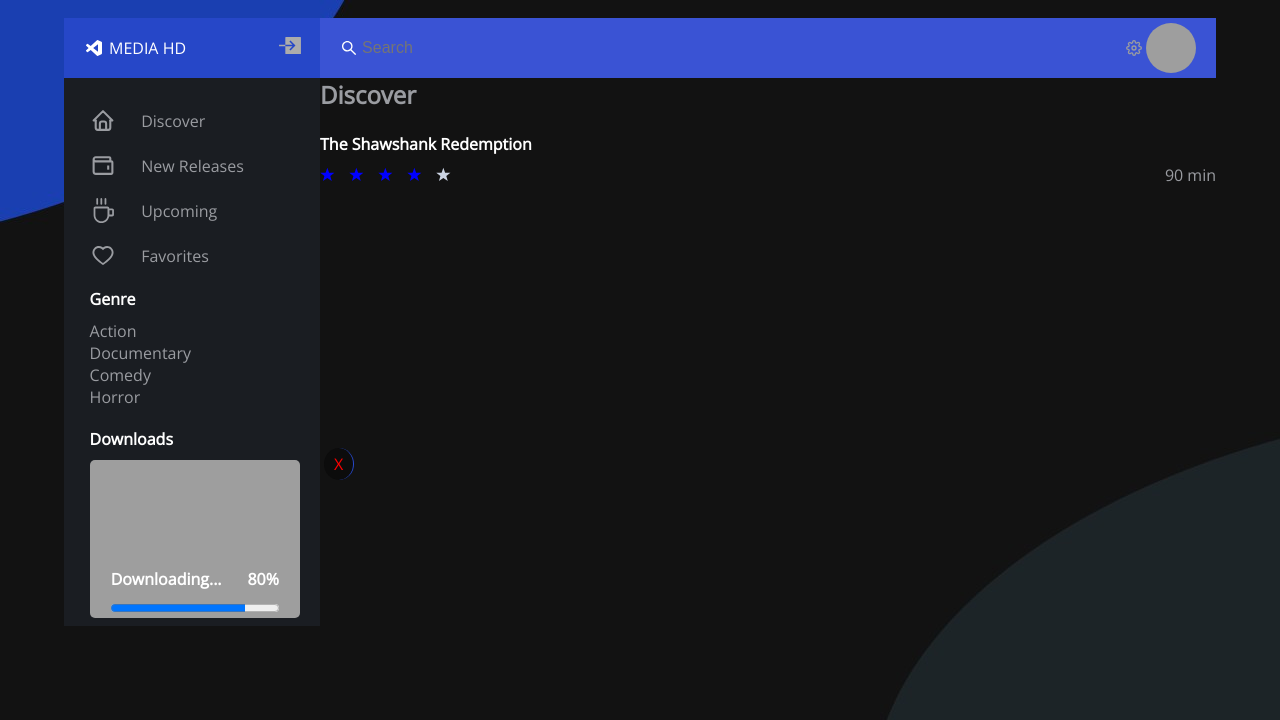
Repository: DevLaukey/movie-task
Page: /
The author's editor kept a copy of each file at every save. The page is drawn from the files as they stood at one save, then again after the next save.
The browser window is 1280 px wide. The pictures show the whole page.
Pictures or frames that could not be fetched are drawn as grey boxes. The page's requests for data from a server got no answer. The project was rebuilt for these pictures with package versions that can differ from the ones it lists, and the page was loaded fresh each time. No one was signed in, and anything a server would have sent is missing.

Above is the page before, as saved 2022-06-16 23:25:16.

### src/App.js
import "./App.css"
import Body from "./components/Body/Body";
import Sidebar from "./components/Sidebar/Sidebar";
import axios from "axios";
import { useEffect, useState } from "react";

function App() {
  const [movies, setMovies] = useState([]);
  const url = "https://api.themoviedb.org/3/";
  const api = axios.create({ baseURL: url });

  const movieDetails = api.get(`/discover/movie?api_key=${process.env.REACT_APP_MOVIEDB_API}`, {
    params: process.env.MOVIEDB_API,
  });

  useEffect(() => {
    movieDetails.then((res) => {
      console.log(res.data.results);
    });
  }, [movies])
  return (
    <main className="App">
      <div className="App__container">
        <Sidebar />
        <Body />
      </div>
    </main>
  );
}

export default App;

### src/index.css
*{
    padding: 0;
    margin: 0;
    box-sizing: border-box;

}
body{    background-color: #000;
}

### src/features/counter/counterSlice.js
import { createAsyncThunk, createSlice } from '@reduxjs/toolkit';
import { fetchCount } from './counterAPI';

const initialState = {
  value: 0,
  movies: 'idle',
};

// The function below is called a thunk and allows us to perform async logic. It
// can be dispatched like a regular action: `dispatch(incrementAsync(10))`. This
// will call the thunk with the `dispatch` function as the first argument. Async
// code can then be executed and other actions can be dispatched. Thunks are
// typically used to make async requests.
export const incrementAsync = createAsyncThunk(
  'counter/fetchCount',
  async (amount) => {
    const response = await fetchCount(amount);
    // The value we return becomes the `fulfilled` action payload
    return response.data;
  }
);

export const counterSlice = createSlice({
  name: 'counter',
  initialState,
  // The `reducers` field lets us define reducers and generate associated actions
  reducers: {
    increment: (state) => {
      // Redux Toolkit allows us to write "mutating" logic in reducers. It
      // doesn't actually mutate the state because it uses the Immer library,
      // which detects changes to a "draft state" and produces a brand new
      // immutable state based off those changes
      state.value += 1;
    },
    decrement: (state) => {
      state.value -= 1;
    },
    // Use the PayloadAction type to declare the contents of `action.payload`
    incrementByAmount: (state, action) => {
      state.value += action.payload;
    },
  },
  // The `extraReducers` field lets the slice handle actions defined elsewhere,
  // including actions generated by createAsyncThunk or in other slices.
  extraReducers: (builder) => {
    builder
      .addCase(incrementAsync.pending, (state) => {
        state.status = 'loading';
      })
      .addCase(incrementAsync.fulfilled, (state, action) => {
        state.status = 'idle';
        state.value += action.payload;
      });
  },
});

export const { increment, decrement, incrementByAmount } = counterSlice.actions;

// The function below is called a selector and allows us to select a value from
// the state. Selectors can also be defined inline where they're used instead of
// in the slice file. For example: `useSelector((state: RootState) => state.counter.value)`
export const selectCount = (state) => state.counter.value;

// We can also write thunks by hand, which may contain both sync and async logic.
// Here's an example of conditionally dispatching actions based on current state.
export const incrementIfOdd = (amount) => (dispatch, getState) => {
  const currentValue = selectCount(getState());
  if (currentValue % 2 === 1) {
    dispatch(incrementByAmount(amount));
  }
};

export default counterSlice.reducer;

### src/App.css
@import url('https://fonts.googleapis.com/css2?family=Open+Sans&display=swap');
.App{
    background-image: url(../public/back.jpg);
    width: 100vw;
    height: 100vh;
    background-size: cover;
    background-repeat: no-repeat;
    font-family: 'Open Sans', sans-serif;
    color: rgba(154,156,161,255);
}
.App__container{
    position: absolute;
    display: flex;
    justify-content: center;
    width: 100%;
}

### src/components/Body/Body.js
import React from "react";
import "./Body.css";
import Movies from "./Movies";
import Nav from "./Nav/Nav";
function Body() {
  return (
    <div className="body">
      <Nav />
      <Movies />
    </div>
  );
}

export default Body;

### src/components/Sidebar/Sidebar.js
import React from "react";
import "./Sidebar.css";
import { IoEnterSharp } from "react-icons/io5";
import { SiVisualstudiocode } from "react-icons/si";

import Links from "./Links";

function Sidebar() {
  return (
    <div className="sidebar">
      <div className="sidebar__top">
        <div className="sidebar__left">
          <SiVisualstudiocode className="sidebar__logo" />
          <p className="sidebar__text">MEDIA HD</p>
        </div>
        <div className="sidebar__right">
          <IoEnterSharp
            style={{ color: "#acacac", height: "25", width: "30" }}
          />
        </div>
      </div>
      <div className="sidebar__bottom">
        <Links />
        <section className="sidebar__genre">
          <p className="sidebar__genre-bold-text">Genre</p>
          <p className="sidebar__genre-text">Action</p>
          <p className="sidebar__genre-text">Documentary</p>
          <p className="sidebar__genre-text">Comedy</p>
          <p className="sidebar__genre-text">Horror</p>
        </section>
        <section className="sidebar__downloads">
          <p className="sidebar__genre-bold-text">Downloads</p>
          <img
            className="sidebar__download-img"
            src="https://image.tmdb.org/t/p/original/zGLHX92Gk96O1DJvLil7ObJTbaL.jpg"
            alt="download"
          />
          <div className="sidebar__downloads-circle">
            <p className="sidebar__downloads-cancel">X</p>
          </div>
          <div className="sidebar__downloads-details">
            <div className="sidebar__downloads-text">
              <p className="sidebar__genre-bold-text">Downloading...</p>
              <p className="sidebar__genre-bold-text"> 80%</p>
            </div>

            <progress
              className="sidebar__downloads-progress"
              max="100"
              value="80"
            ></progress>
          </div>
        </section>
      </div>
    </div>
  );
}

export default Sidebar;

### src/components/Body/Body.css
.body{
    display: flex;
    flex-direction: column;
    top: -20px;
    width: 70%;
}

### src/components/Body/Movies.js
import React from 'react'
import Movie from './Movie'
import "./Movies.css"
function Movies() {
  return (
    <div className="movies">
      <h2 className="movies__title">
        Discover
      </h2>
          <Movie />
    </div>
  )
}

export default Movies

### src/components/Body/Nav/Nav.js
import React from 'react'
import "./Nav.css"
import { AiOutlineSearch} from "react-icons/ai";
import { FiSettings } from "react-icons/fi";

function Nav() {
  return (
    <div className="nav">
      <div className="nav__search">
        <AiOutlineSearch style={{ color: "white", fontSize: "20" }} />
        <input
          className="nav__search__input"
          type="text"
          placeholder="Search"
        />
      </div>
      <div className="nav__icons">
        <FiSettings />
        <img
          src={`https://dt2sdf0db8zob.cloudfront.net/wp-content/uploads/2019/12/9-Best-Online-Avatars-and-How-to-Make-Your-Own-for-Free-image1-5.png`}
          alt=""
          className="nav__avatar"
        />
      </div>
    </div>
  );
}

export default Nav

### src/components/Sidebar/Sidebar.css
.sidebar {
  display: flex;
  flex-direction: column;
  margin-top: 18px;
  width: 20%;
  align-items: center;
  background-color: rgba(26, 29, 34, 255);
}
.sidebar__top {
  display: flex;
  width: 100%;
  justify-content: space-between;
  align-items: center;
  padding: 15px;
  background-color: #2647c8;
}
.sidebar__left {
  color: #fff;
  display: flex;
  align-items: center;
}
.sidebar__logo {
  width: 30px;
}
.sidebar__bottom {
  width: 100%;
}

.sidebar__group {
  width: 100%;
  margin-top: 20px;
  display: flex;

  flex-direction: column;
}
.sidebar__option {
  display: flex;
  align-items: center;
  padding: 10px 20px 10px 0;
}
.sidebar__option > * {
  margin-left: 10%;
}
.sidebar__option:hover {
  background-color: #0c0c0c;
  color: rgba(25, 64, 181, 255);
  border-left: 1px solid #2647c8;
}
.sidebar__genre {
  display: flex;
  flex-direction: column;
  padding: 10px 20px 10px 0;
  margin-left: 10%;
}
.sidebar__genre-bold-text {
  font-weight: bold;
  color: #fff;
  font-size: 1em;
  margin-bottom: 10px;
}

.sidebar__downloads {
  display: flex;
  flex-direction: column;
  padding: 10px 20px 10px 0;
  margin-left: 10%;
}
.sidebar__downloads-circle {
  padding: 5px 10px 5px 10px;
  background-color: #0c0c0c;
  width: fit-content;
  align-items: center;
  border-radius: 50%;
  position: absolute;
  left: 45vh;
  border-right: #2647c8 1px solid;
  margin-top: 20px;
}
.sidebar__downloads-cancel {
  color: red;
}
.sidebar__download-img {
border-radius: 5px;
}

.sidebar__downloads-text{
  display: flex;
  width: 100%;
  justify-content: space-between;
}
.sidebar__downloads-details{
   width: 80%;
margin-left: 10%;
margin-top: -50px;
}
.sidebar__downloads-progress{
  display: flex;
 width: 100%;
  color: black;
}

### src/components/Sidebar/Links.js
import React from 'react'
import { TbHome } from "react-icons/tb";
import { BiWallet } from "react-icons/bi";
import { AiOutlineHeart, AiOutlineCoffee } from "react-icons/ai";


function Links() {
  return (
    <nav className="sidebar__group">
      <div className="sidebar__option">
        <TbHome style={{ height: "25", width: "30" }} />
        <p className="sidebar__option-text">Discover</p>
      </div>
      <div className="sidebar__option">
        <BiWallet style={{ height: "25", width: "30" }} />
        <p className="sidebar__option-text">New Releases</p>
      </div>
      <div className="sidebar__option">
        <AiOutlineCoffee style={{ height: "25", width: "30" }} />
        <p className="sidebar__option-text">Upcoming</p>
      </div>
      <div className="sidebar__option">
        <AiOutlineHeart style={{ height: "25", width: "30" }} />

        <p className="sidebar__option-text">Favorites</p>
      </div>
    </nav>
  );
}

export default Links

### src/components/Body/Movie.js
import React from 'react'
import "./Movies.css"
import StarRatings from 'react-star-ratings';

function Movie() {
  const url = ''
  const rating = 4;
  return (
    <div className="movie">
      <img src={url} alt="" className="movie__pic" />
      <div className="movie__details">
        <h4 className="movie__title">The Shawshank Redemption</h4>
        <div className="movie__adds">
          <StarRatings
            className="movie__rating"
            rating={rating}
            starRatedColor="blue"
            starDimension='15px'
            numberOfStars={5}
            name="rating"
          />
          <p className="movie__time">
            90 min
          </p>
        </div>
      </div>
    </div>
  );
}

export default Movie

### src/components/Body/Movies.css






.movie__title {
    font-size: 1rem;
    color: #fff;
    font-weight: bold;
    margin-bottom: 0.5rem;
}



.movie__adds{
    display: flex;
    width: 100%;
    align-items: center;
    justify-content: space-between;
}
.movie__rating{

height: 20px}

### src/components/Body/Nav/Nav.css
.nav {
  width: 100%;
  display: flex;
  justify-content: space-between;
  margin-top: 18px;
  align-items: center;
  padding: 5px 20px;
  background-color: #3a53d4;
}
.nav__search {
  display: flex;
  align-items: center;
}
.nav__search__input {
  width: 100%;
  border: none;
  background-color: #3a53d4;
  color: #fff;
  margin-left: 4px;
  font-size: 1em;
}

.nav__search__input:focus {
  outline: none;
}
.nav__icons{
    display: flex;
    align-items: center;
}
.nav__avatar{
    margin-left: 4px;
  vertical-align: middle;
  width: 50px;
  height: 50px;
  border-radius: 50%
}

Loaded but not shown: public/index.html (common file); src/index.js (common file); src/app/store.js (common file); src/reportWebVitals.js (common file); src/features/counter/counterAPI.js (common file)

After the next save:
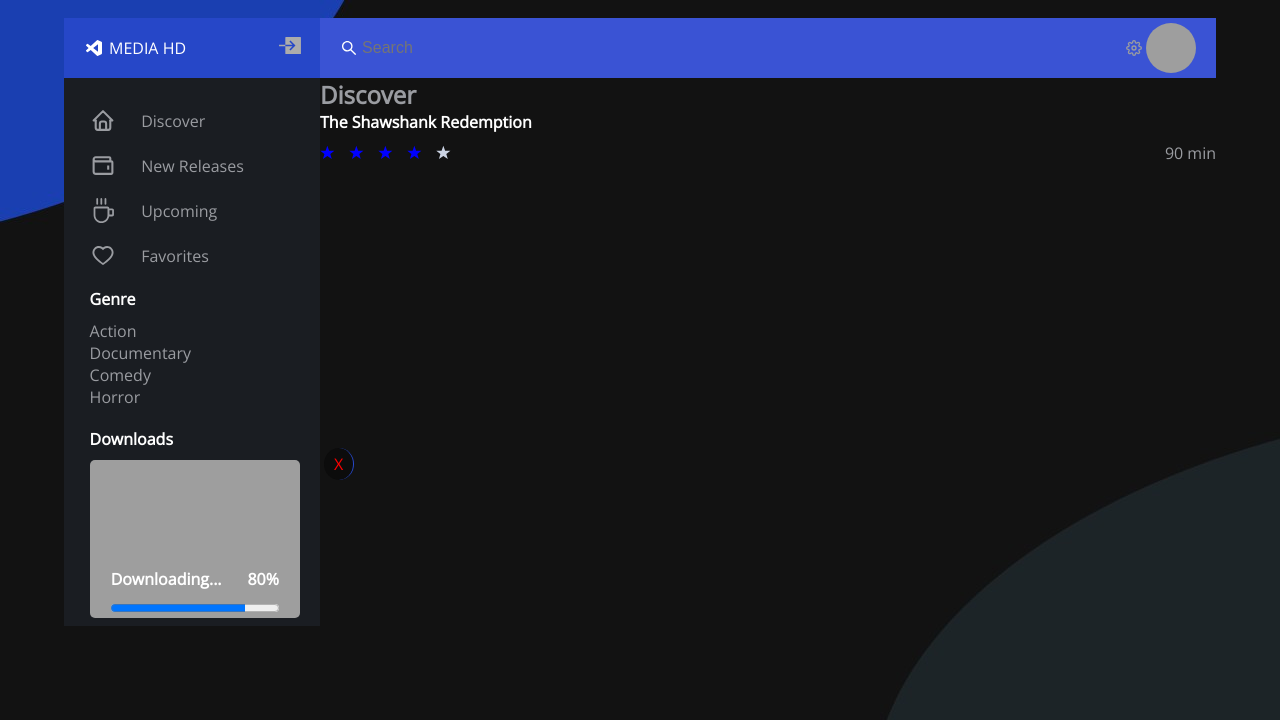
Saved 31 s later.
--- a/src/components/Body/Movies.css
+++ b/src/components/Body/Movies.css
@@ -1,7 +1,10 @@
 
 
 
-
+.movie{
+    display: flex;
+    flex-direction: column;
+}
 
 
 .movie__title {
